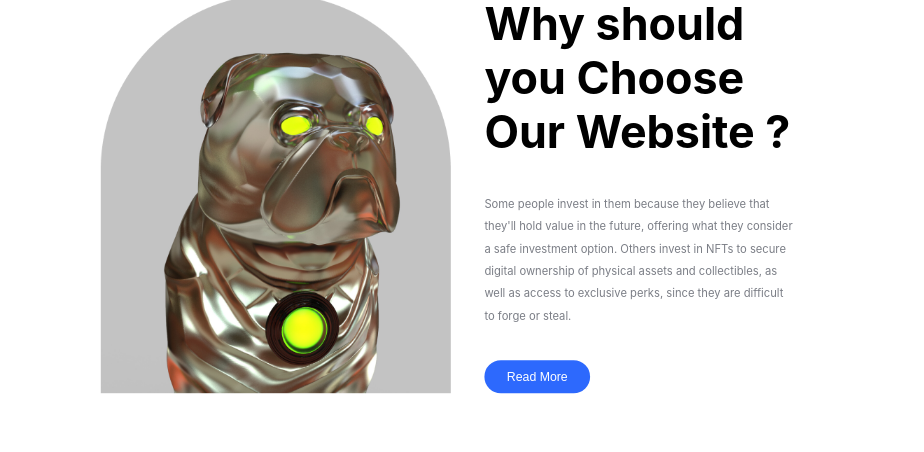
Repository: Ellisvelandia/NFT
Page: /
The author's editor kept a copy of each file at every save. The page is drawn from the files as they stood at one save, then again after a run of saves.
The browser window is 1280 px wide. The page is 1280 px wide, then 1320 px, so the pictures cover 1320 px, including what lies to the right of the window. The pictures show the part of the page from y = 2244 to 4124 px (the page is 2890 px tall before and 4124 px after), at 70% of full size.
The project was rebuilt for these pictures with package versions that can differ from the ones it lists, and the page was loaded fresh each time.

Above is the page before, as saved 2022-08-21 16:09:21.

### src/index.css
* {
  margin: 0;
  padding: 0;
  box-sizing: border-box;
}

body {
  margin: 0;
  font-family: -apple-system, BlinkMacSystemFont, "Segoe UI", "Roboto", "Oxygen",
    "Ubuntu", "Cantarell", "Fira Sans", "Droid Sans", "Helvetica Neue",
    sans-serif;
  -webkit-font-smoothing: antialiased;
  -moz-osx-font-smoothing: grayscale;
}

html {
  scroll-behavior: smooth;
}

### src/App.js
import React from "react";
import Home from "./components/Home";
import Clients from "./components/Clients";
import CreateAndSell from "./components/CreateAndSell";
import Choose from "./components/Choose";

export default function App() {
  return (
    <div>
      <Home />
      <Clients />
      <CreateAndSell />
      <Choose />
    </div>
  );
}

### src/components/Home.jsx
import React from "react";
import Navbar from "./Navbar";
import styled from "styled-components";
import hero from "../assets/hero.png";
import heroText from "../assets/heroText.png";
import Button from "./Button";

export default function Home() {
  return (
    <Section>
      <Navbar />
      <div className="ellipse"></div>
      <div className="container">
        <div className="content">
          <h1>
            Explore Our
            <span>
              <img src={heroText} alt="hero text" />
            </span>
            Hero Text Digital NFT Market Place
          </h1>
          <p>
            As the name implies, the NFT collection is basically a unique
            collection of NFTs. The concept of an NFT collection or project
            overshadows the value propositions of NFT artwork. For example, NFT
            artworks are generally created on a smaller scale with the
            involvement of concerned content creators or digital artists
          </p>
          <div className="buttons">
            <Button blue text="Explore Now" />
            <Button text="Create NFT" />
          </div>
          <div className="data">
            <div className="dataTab">
              <h2>40K</h2>
              <h5>Artwork</h5>
            </div>
            <div className="dataTab">
              <h2>15K</h2>
              <h5>Auction</h5>
            </div>
            <div className="dataTab">
              <h2>20K</h2>
              <h5>Artist</h5>
            </div>
          </div>
        </div>
        <div className="image">
          <img src={hero} alt="hero" />
        </div>
      </div>
    </Section>
  );
}

const Section = styled.section`
  margin: 0.5rem;
  background-color: #232835;
  border-radius: 1rem;
  position: relative;
  overflow: hidden;
  margin-bottom: 5rem;
  .ellipse {
    height: 30rem;
    width: 30rem;
    background-color: #ae54c27d;
    opacity: 0.5;
    border-radius: 100%;
    filter: blur(200px);
    position: absolute;
    bottom: -30%;
    left: -10%;
    z-index: 1;
  }
  .container {
    padding: 2rem;
    marign: 0 2rem;
    display: flex;
    .content {
      z-index: 10;
      display: flex;
      flex-direction: column;
      gap: 2rem;
      margin-top: 5rem;
      padding-right: 2rem;
      h1 {
        color: white;
        font-size: 5rem;
      }
      p {
        color: #a6a6a6;
      }
      .buttons {
        display: flex;
        gap: 2rem;
      }
      .data {
        display: flex;
        gap: 5rem;
        .dataTab {
          display: flex;
          flex-direction: column;
          gap: 1rem;
          h2 {
            color: white;
            font-size: 2rem;
          }
          h5 {
            text-align: center;
            color: a6a6a6;
          }
        }
      }
    }
    .image {
      img {
        height: 40rem;
      }
    }
  }
`;

### src/components/Clients.jsx
import React from "react";
import styled from "styled-components";
import client1 from "../assets/client1.png";
import client2 from "../assets/client2.png";
import client3 from "../assets/client3.png";
import client4 from "../assets/client4.png";
import client5 from "../assets/client5.png";

export default function Clients() {
  const clients = [client1, client2, client3, client4, client5];
  return (
    <Section>
      {" "}
      {clients.map((client, index) => {
        return (
          <div className="client" key={index}>
            <img src={client} alt="client" />
          </div>
        );
      })}
    </Section>
  );
}

const Section = styled.section`
  display: flex;
  justify-content: space-evenly;
  align-items: center;
  margin: 0 2rem;
  margin-bottom: 5rem;
`;

### src/components/CreateAndSell.jsx
import React from "react";
import styled from "styled-components";
import sell1 from "../assets/sell1.png";
import sell2 from "../assets/sell2.png";
import sell3 from "../assets/sell3.png";
import Button from "./Button";

export default function CreateAndSell() {
  const data = [
    {
      image: sell1,
      title: "Create your collection",
      description:
        "Lorem Ipsum is simply dummy text of the printing and typesetting industry. Lorem Ipsum has been.",
      buttonText: "Create",
    },
    {
      image: sell2,
      title: "Add your NFTs",
      description:
        "Lorem Ipsum is simply dummy text of the printing and typesetting industry. Lorem Ipsum has been.",
      buttonText: "Add NFT",
    },
    {
      image: sell3,
      title: "List them for sale",
      description:
        "Lorem Ipsum is simply dummy text of the printing and typesetting industry. Lorem Ipsum has been.",
      buttonText: "Sell Now",
    },
  ];
  return (
    <Section>
      <div className="title">
        <h2>Create and Sell Your NFTs</h2>
      </div>
      <div className="container">
        <div className="ellipse"></div>
        <div className="content">
          {data.map(({ image, title, description, buttonText }, index) => {
            return (
              <div className="createAndSell" key={index}>
                <div className="image">
                  <img src={image} alt="create and sell" />
                </div>
                <h3>{title}</h3>
                <p>{description}</p>

                <Button text={buttonText} blue={index === 1} />
              </div>
            );
          })}
        </div>
      </div>
    </Section>
  );
}

const Section = styled.section`
  margin: 0 6rem;
  margin-bottom: 5rem;
  .title {
    text-align: center;
    h2 {
      font-size: 3rem;
      margin-bottom: 4rem;
    }
  }
  .container {
    background-color: #232835;
    padding: 5rem;
    border-radius: 1rem;
    position: relative;
    overflow: hidden;
    .ellipse {
      height: 30rem;
      width: 30rem;
      background-color: #ae54c27d;
      border-radius: 100%;
      filter: blur(2000px);
      opacity: 0.5;
      position: absolute;
      bottom: -30%;
      left: -10%;
      z-index: 1;
    }
    .content {
      display: flex;
      gap: 3rem;
      .createAndSell {
        background-color: #ffffff34;
        z-index: 10;
        padding: 2rem;
        display: flex;
        flex-direction: column;
        gap: 1rem;
        border-radius: 1rem;
        .image {
          background-color: #2d69fd;
          display: flex;
          justify-content: center;
          align-items: center;
          padding: 1rem;
          width: max-content;
          border-radius: 2rem;
          img {
            height: 2rem;
          }
        }
        h3 {
          color: white;
        }
        p {
          color: #c8c4cf;
          margin-bottom: 1rem;
        }
        button {
        }
      }
    }
  }
  @media screen and (min-width: 280px) and (max-width: 1080px) {
    margin: 2rem;
    .title {
      h2 {
        font-size: 2rem;
      }
    }
    .container {
      padding: 1rem;
      .content {
        flex-direction: column;
        gap: 1rem;
      }
    }
  }
`;

### src/components/Choose.jsx
import React from "react";
import styled from "styled-components";
import choose from "../assets/choose.png";
import Button from "./Button";
export default function Choose() {
  return (
    <Section>
      <div className="image">
        <img src={choose} alt="choose" />
      </div>
      <div className="content">
        <h2>Why should you Choose Our Website ?</h2>
        <p>
          Some people invest in them because they believe that they'll hold
          value in the future, offering what they consider a safe investment
          option. Others invest in NFTs to secure digital ownership of physical
          assets and collectibles, as well as access to exclusive perks, since
          they are difficult to forge or steal.
        </p>
        <Button text="Read More" blue />
      </div>
    </Section>
  );
}

const Section = styled.section`
  display: flex;
  justify-content: center;
  align-content: center;
  margin: 0 9rem;
  gap: 3rem;
  margin-bottom: 5rem;
  .image {
  }
  .content {
    display: flex;
    justify-content: center;
    flex-direction: column;
    gap: 3rem;
    h2 {
      font-size: 4rem;
    }
    p {
      color: #7b7e86;
      line-height: 2rem;
    }
  }
  @media screen and (min-width: 280px) and (max-width: 1080px) {
    flex-direction: column;
    margin: 2rem;
    .image {
      display: flex;
      justify-content: center;
      align-items: center;
      img {
        height: 50vw;
      }
    }
    .content {
      gap: 1rem;
      h2 {
        font-size: 1rem;
      }
      p {
        line-height: 1.3rem;
        font-size: 0.9rem;
      }
    }
  }
`;

### src/components/Navbar.jsx
import React from "react";
import styled from "styled-components";
import logo from "../assets/logo.png";
import Button from "./Button";

export default function Navbar() {
  return (
    <Nav>
      <div className="brand">
        <img src={logo} alt="logo" />
      </div>
      <div className="toggle"></div>
      <div className="links">
        <ul>
          <li>
            <a href="#">Home</a>
          </li>
          <li>
            <a href="#">Marketplace</a>
          </li>
          <li>
            <a href="#">Sellers</a>
          </li>
          <li>
            <a href="#">Create</a>
          </li>
        </ul>
      </div>
      <Button text="Contact" />
    </Nav>
  );
}

const Nav = styled.nav`
  display: flex;
  justify-content: space-between;
  align-items: center;
  margin: 0 2 rem;
  .toggle {
    display: none;
  }
  .links {
    height: 4rem;
    display: flex;
    justify-conetent: center;
    align-items: center;
    background-color: white;
    clip-path: polygon(0 0, 100% 0, 80% 100%, 20% 100%);
    padding: 2.5rem 8rem;
    ul {
      display: flex;
      list-style-type: none;
      gap: 3rem;
      li {
        a {
          color:#002000;
          text-decoration:none;
          transition:0.4s ease-in-out;
          &:hover {
            color:#2d69fd;
          }
        }
      }
    }
  }
`;

### src/components/Button.jsx
import React from "react";
import styled from "styled-components";

export default function Button({ text, blue = false }) {
  return (
    <Div>
      <button className={`${blue ? "blue" : ""}`}>{text}</button>
    </Div>
  );
}

const Div = styled.div`
  button {
    border-radius: 4rem;
    padding: 0.8rem 2rem;
    border: none;
    color: white;
    font-size: 1.1rem;
    cursor: pointer;
    :not(.blue) {
      background-color: transparent;
      border: 1px solid white;
    }
  }
  .blue {
    background-color: #2d69fd;
  }
`;

### src/components/MarketPlace.jsx
import React from "react";
import { BsThreeDots } from "react-icons/bs";
import { FaEthereum } from "react-icons/fa";

import styled from "styled-components";
import marketplace1 from "../assets/marketplace1.png";
import marketplace2 from "../assets/marketplace2.png";
import marketplace3 from "../assets/marketplace3.png";
import marketplace4 from "../assets/marketplace4.png";
import marketplace5 from "../assets/marketplace5.png";
import marketplace6 from "../assets/marketplace6.png";
import marketplace7 from "../assets/marketplace7.png";
import marketplace8 from "../assets/marketplace8.png";
import Button from "./Button";
export default function MarketPlace() {
  const marketPlaceData = [
    {
      image: marketplace1,
      name: "Aiboi-meta",
    },
    {
      image: marketplace2,
      name: "Pedram-mohamm...",
    },
    {
      image: marketplace3,
      name: "Eduardo-pena",
    },
    {
      image: marketplace4,
      name: "Daeho-cha",
    },
    {
      image: marketplace5,
      name: "Justine-florentino",
    },
    {
      image: marketplace6,
      name: "Hoang-l-p-solan",
    },
    {
      image: marketplace7,
      name: "Joshua-jay",
    },
    {
      image: marketplace8,
      name: "Joshua-jay",
    },
  ];
  const marketPlaceType = [
    "All",
    "Art",
    "Generic",
    "Common",
    "Trading",
    "Rare",
  ];
  return (
    <Section>
      <div className="title">
        <h2>NFT Marketplace</h2>
        <p>
          Lorem Ipsum is simply dummy text of the printing and typesetting
          industry. Lorem Ipsum has been the industry's standard.
        </p>
      </div>
      <div className="marketPlaceTypes">
        {marketPlaceType.map((text, index) => {
          return <Button text={text} key={index} blue={index === 0} />;
        })}
      </div>
      <div className="marketPlaces">
        {marketPlaceData.map(({ image, name }) => {
          return (
            <div className="marketplace">
              <div className="image">
                <img src={image} alt="marketplace" />
              </div>
              <div className="name">
                <h4>{name}</h4>
                <BsThreeDots />
              </div>
              <h6 className="username">@koolkishansheth</h6>
              <div className="price-container">
                <h5 className="price">5.5ETH</h5>
                <FaEthereum />
              </div>
            </div>
          );
        })}
      </div>
    </Section>
  );
}

const Section = styled.section`
  display: flex;
  flex-direction: column;
  gap: 5rem;
  margin: 0 6rem;
  margin-bottom: 5rem;
  .title {
    display: flex;
    justify-content: center;
    align-items: center;
    gap: 3rem;
    flex-direction: column;
    h2 {
      font-size: 3rem;
    }
    p {
      color: #7b7e86;
    }
  }
  .marketPlaceTypes {
    display: flex;
    justify-content: center;
    gap: 2rem;
    button:not(.blue) {
      color: black;
      border-color: #7b7e86;
    }
  }
  .marketPlaces {
    display: grid;
    grid-template-columns: repeat(4, 1fr);
    gap: 2rem;
    .marketplace {
      box-shadow: rgba(100, 100, 111, 0.2) 0px 7px 29px 0px;
      padding: 0.5rem;
      border-radius: 1rem;
      width: max-content;
      cursor: pointer;
      transition: 0.5s ease-in-out;
      &:hover {
        box-shadow: rgba(0, 0, 0, 0.25) 0px 54px 55px,
          rgba(0, 0, 0, 0.12) 0px -12px 30px, rgba(0, 0, 0, 0.12) 0px 4px 6px,
          rgba(0, 0, 0, 0.17) 0px 12px 13px, rgba(0, 0, 0, 0.09) 0px -3px 5px;
      }
      .image {
        margin-bottom: 1rem;
      }
      .name {
        display: flex;
        color: #222222;
        align-items: center;
        justify-content: space-between;
        padding: 0 1rem;
        h4 {
        }
      }
      .username {
        color: #555555;
        font-size: 0.8rem;
        padding: 0 1rem;
        margin-bottom: 0.5rem;
      }
      .price-container {
        padding: 0 1rem;
        display: flex;
        justify-content: space-between;
        color: #02204e;
      }
    }
  }
  @media screen and (min-width: 280px) and (max-width: 1080px) {
    margin: 2rem;
    .marketPlaceTypes {
      display: grid;
      grid-template-columns: repeat(auto-fit, minmax(120px, 1fr));
    }
    .marketPlaces {
      display: flex;
      flex-direction: column;
      justify-content: center;
      align-items: center;
    }
  }
`;

Loaded but not shown: public/index.html (common file); src/index.js (common file)

After the next 5 saves:
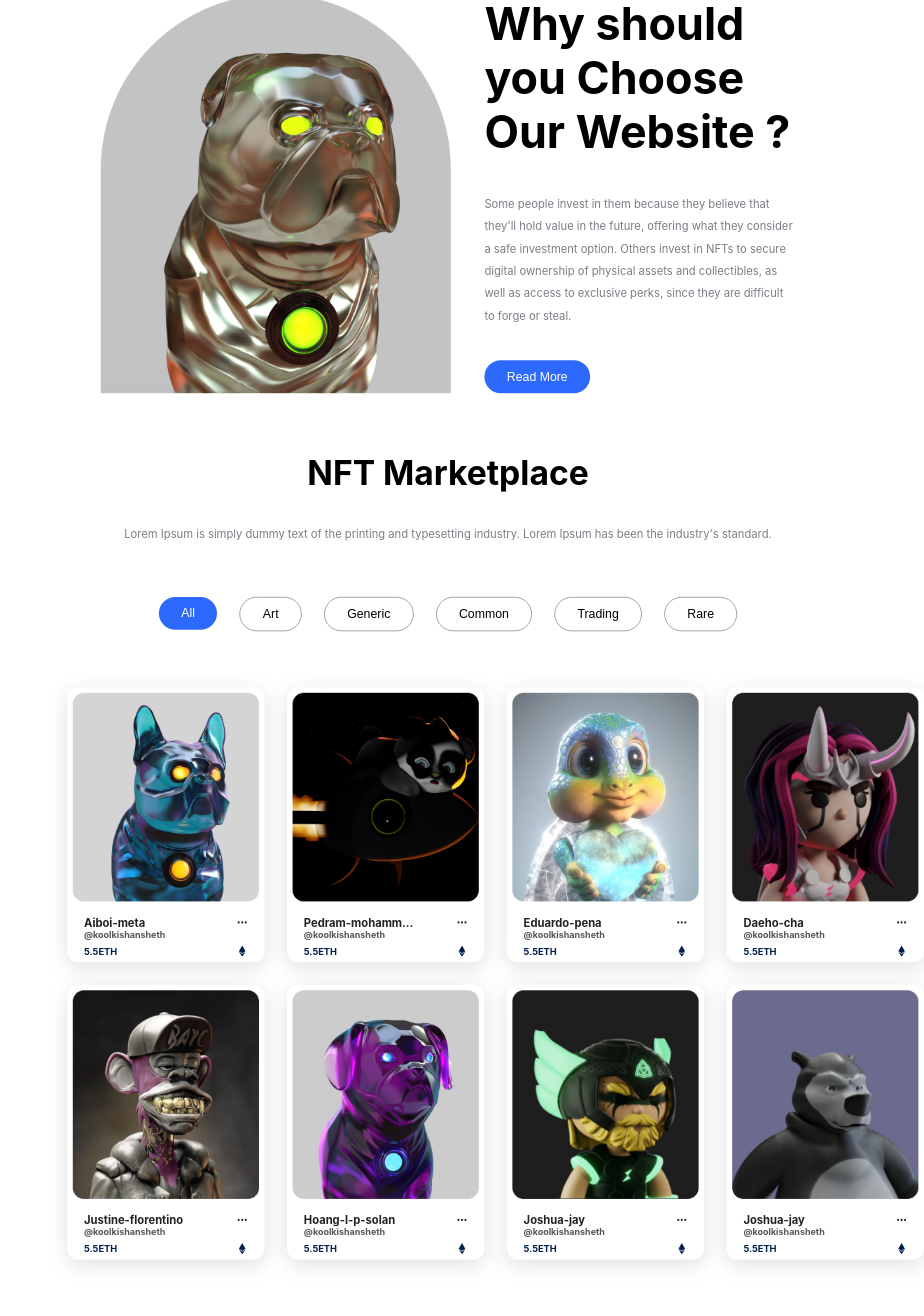
The 5 saves are shown as one change because 1 did not build or start and some came seconds apart.
The last was saved 69 s later.
--- a/src/App.js
+++ b/src/App.js
@@ -3,6 +3,7 @@
 import Clients from "./components/Clients";
 import CreateAndSell from "./components/CreateAndSell";
 import Choose from "./components/Choose";
+import MarketPlace from "./components/MarketPlace";
 
 export default function App() {
   return (
@@ -11,6 +12,7 @@
       <Clients />
       <CreateAndSell />
       <Choose />
+      <MarketPlace/>
     </div>
   );
 }
